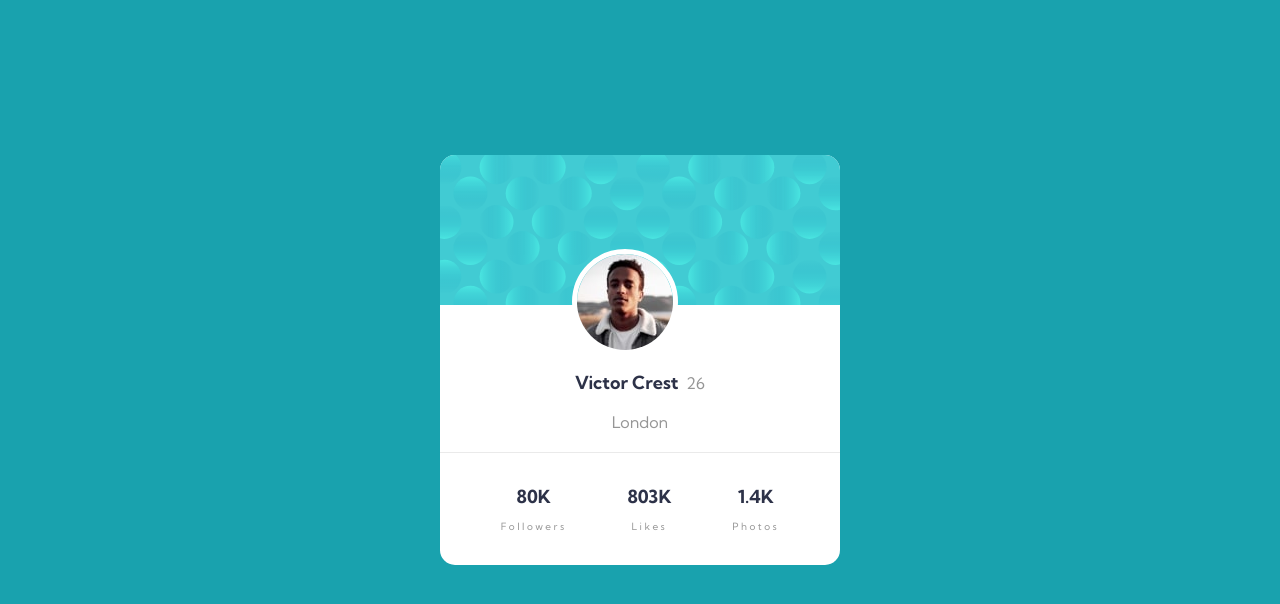
Repository: PratypartyY2K/frontendmentor-challenges
Page: profile-card-component-main/index.html
An editor plug-in stored every save of this project. The page is shown before and after the next save, followed by the edit.
The browser window is 1280 px wide. The pictures show the whole page.

Above is the page before, as saved 2021-07-15 14:05:47.

After the next save:
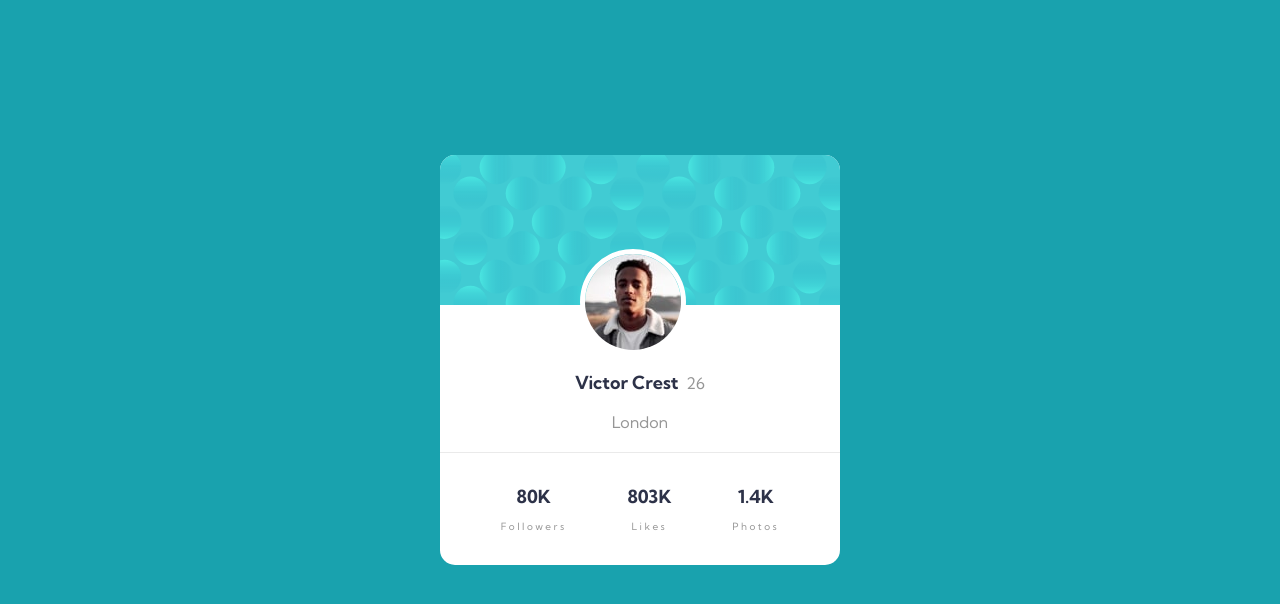
Saved 5 s later.
--- a/profile-card-component-main/style.css
+++ b/profile-card-component-main/style.css
@@ -51,7 +51,7 @@ h3 {
     position: absolute;
     border-radius: 50%;
     border: 5px solid white;
-    left: 33%;
+    left: 35%;
     top: 23%;
 }
 
